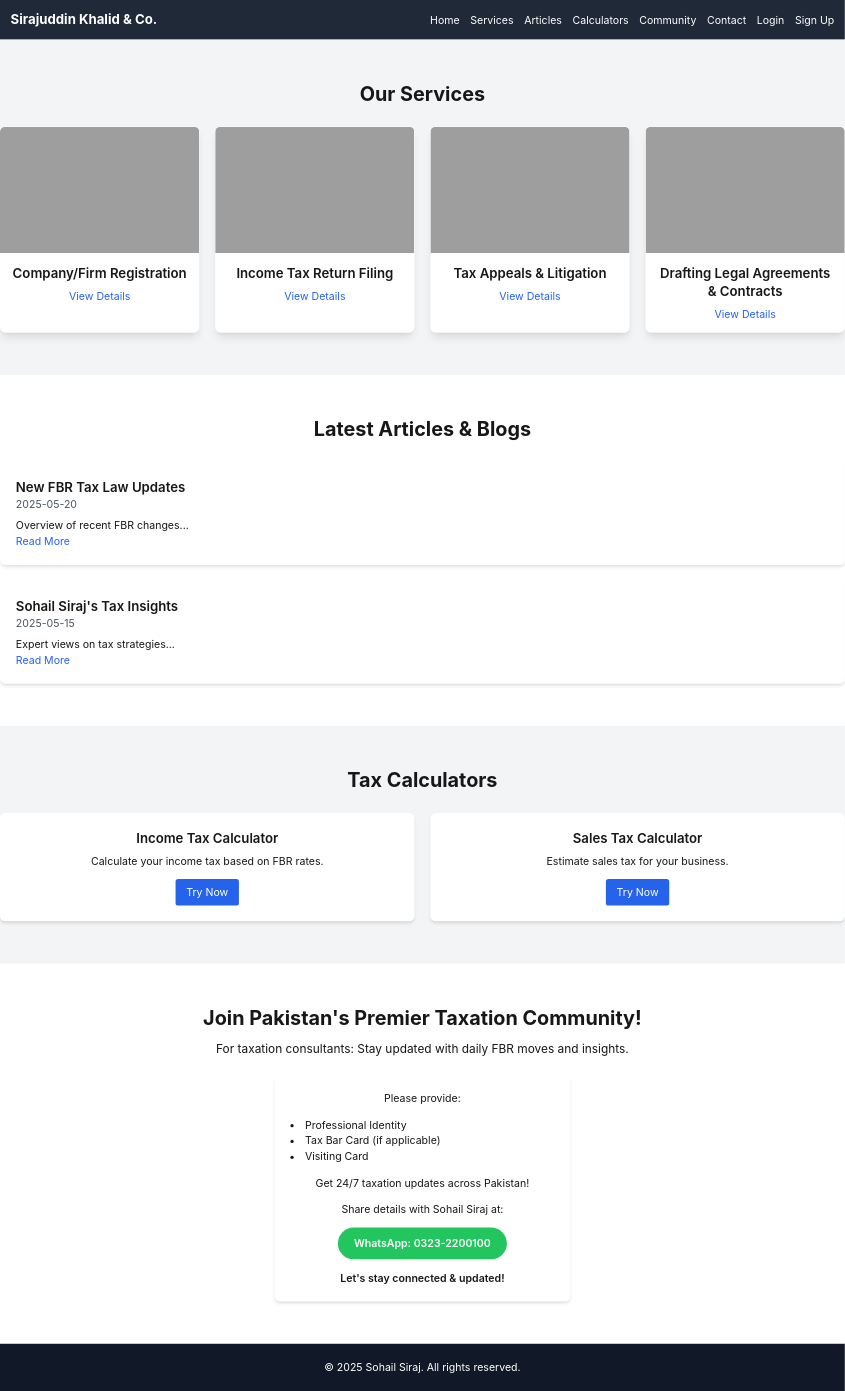
Repository: asadhaye/ss-tax
Page: /
An editor plug-in stored every save of this project. The page is shown before and after the next save, followed by the edit.
The browser window is 1280 px wide. The pictures show the whole page, at 66% of full size.
Pictures or frames that could not be fetched are drawn as grey boxes. The project was rebuilt for these pictures with package versions that can differ from the ones it lists, and the page was loaded fresh each time. The framework's server and built-in components were replaced by stand-ins that run in the browser. Also part of the build but not shown: next.config.mjs.

Above is the page before, as saved 2025-05-25 18:23:35.

### app/layout.tsx
import type { Metadata } from 'next';
import './globals.css';
import { Providers } from './providers'


export const metadata: Metadata = {
  title: 'Sohail Siraj',
  description: 'Professional tax consultancy services by Sohail Siraj, offering expert financial advice and solutions.',
};

export default function RootLayout({ children }: Readonly<{ children: React.ReactNode }>) {
  return (
    <html lang="en">
      <body>
        <Providers>
          {children}
        </Providers>
      </body>
    </html>
  )
}

### app/page.tsx
import Navbar from '../app/components/Navbar';
import Services from '../app/components/Services';
import Articles from '../app/components/Articles';
import TaxCalculators from '../app/components/TaxCalculators';
import JoinCommunity from '../app/components/JoinCommunity';
import Footer from '../app/components/Footer';
import AuthProvider from '../app/lib/AuthProvider';
export default function Home() {
  return (
    <AuthProvider>
      <Navbar />
      <main>
        <Services />
        <Articles />
        <TaxCalculators />
        <JoinCommunity />
      </main>
      <Footer />
    </AuthProvider>
  );
}

### app/globals.css
@tailwind base;
@tailwind components;
@tailwind utilities;

:root {
  --background: #ffffff;
  --foreground: #171717;
}

@media (prefers-color-scheme: dark) {
  :root {
    --background: #0a0a0a;
    --foreground: #ededed;
  }
}

body {
  background: var(--background);
  color: var(--foreground);
  font-family: -apple-system, BlinkMacSystemFont, 'Segoe UI', Roboto, sans-serif;
}

### app/providers.tsx
'use client';

import AuthProvider from './lib/AuthProvider';

export function Providers({ children }: Readonly<{ children: React.ReactNode }>) {
  return <AuthProvider>{children}</AuthProvider>;
}

### app/components/Navbar.tsx
'use client';

import React, { useContext } from 'react';
import Link from 'next/link';
import { useRouter } from 'next/navigation';
import { AuthContext, signOut } from '../lib/AuthProvider'

const navigation = [
  { name: 'Home', href: '#home' },
  { name: 'Services', href: '#services' },
  { name: 'Articles', href: '#articles' },
  { name: 'Calculators', href: '#calculators' },
  { name: 'Community', href: '#community' },
  { name: 'Contact', href: '#contact' }
];

export default function Navbar() {
  const { user, setUser } = useContext(AuthContext)!;
  const router = useRouter();

  const handleLogout = async () => {
    await signOut();
    setUser(null);
    router.push('/login');
  };

  return (
    <nav className="bg-gray-800 text-white p-4">
      <div className="container mx-auto flex justify-between items-center">
        <h1 className="text-xl font-bold">Sirajuddin Khalid & Co.</h1>
        <div className="space-x-4">
          {navigation.map((item) => (
            <Link
              key={item.name}
              href={item.href}
              className="hover:text-gray-300 transition-colors duration-200"
            >
              {item.name}
            </Link>
          ))}
          {user ? (
            <>
              <Link href="/admin" className="hover:text-gray-300">
                Admin
              </Link>
              <button onClick={handleLogout} className="hover:text-gray-300">
                Logout
              </button>
            </>
          ) : (
            <>
              <Link href="/login" className="hover:text-gray-300">
                Login
              </Link>
              <Link href="/signup" className="hover:text-gray-300">
                Sign Up
              </Link>
            </>
          )}
        </div>
      </div>
    </nav>
  );
}

### app/components/Services.tsx
'use client';

import { useState, useEffect } from 'react';
import { getServices, Service } from '../lib/data';

export default function Services() {
  const [services, setServices] = useState<Service[]>([]);
  const [loading, setLoading] = useState(true);
  const [error, setError] = useState<string | null>(null);

  useEffect(() => {
    async function fetchServices() {
      try {
        const data = await getServices();
        setServices(data);
        setLoading(false);
      } catch (err) {
        const errorMessage = err instanceof Error ? err.message : 'Failed to load services';
        setError(errorMessage);
        setLoading(false);
        console.error('Error loading services:', err);
      }
    }

    fetchServices();
  }, []);

  if (loading) return <div>Loading services...</div>;
  if (error) return <div>Error: {error}</div>;

  return (
    <section id="services" className="py-16 bg-gray-100">
      <div className="container mx-auto text-center">
        <h2 className="text-3xl font-bold mb-8">Our Services</h2>
        <div className="grid grid-cols-1 sm:grid-cols-2 lg:grid-cols-4 gap-6">
          {services.map((service) => (
            <div key={service.id} className="bg-white shadow-lg rounded-lg overflow-hidden">
              <img
                src={service.img}
                alt={service.name}
                className="w-full h-48 object-cover"
                loading="lazy"
              />
              <div className="p-4">
                <h3 className="text-xl font-semibold mb-2">{service.name}</h3>
                <a href={service.link} className="text-blue-600 hover:underline">
                  View Details
                </a>
              </div>
            </div>
          ))}
        </div>
      </div>
    </section>
  );
}

### app/components/Articles.tsx
'use client';

import { useState } from 'react';
import { Article } from '../lib/types';

export default function Articles() {
  const [articles] = useState<Article[]>([
    {
      id: 1,
      title: "New FBR Tax Law Updates",
      content: "Overview of recent FBR changes...",
      date: "2025-05-20"
    },
    {
      id: 2,
      title: "Sohail Siraj's Tax Insights",
      content: "Expert views on tax strategies...",
      date: "2025-05-15"
    }
  ]);

  return (
    <section id="articles" className="py-16">
      <div className="container mx-auto">
        <h2 className="text-3xl font-bold text-center mb-8">Latest Articles & Blogs</h2>
        <div className="space-y-6">
          {articles.map(article => (
            <div key={article.id} className="bg-white p-6 rounded-lg shadow-md">
              <h3 className="text-xl font-semibold">{article.title}</h3>
              <p className="text-gray-600">{article.date}</p>
              <p className="mt-2">{article.content}</p>
              <a href="#articles" className="text-blue-600 hover:underline">Read More</a>
            </div>
          ))}
        </div>
      </div>
    </section>
  );
}

### app/components/TaxCalculators.tsx
'use client';

export default function TaxCalculators() {
  const calculators = [
    {
      id: '1',
      title: 'Income Tax Calculator',
      description: 'Calculate your income tax based on FBR rates.',
      buttonText: 'Try Now'
    },
    {
      id: '2',
      title: 'Sales Tax Calculator',
      description: 'Estimate sales tax for your business.',
      buttonText: 'Try Now'
    }
  ];

  return (
    <section id="calculators" className="py-16 bg-gray-100">
      <div className="container mx-auto text-center">
        <h2 className="text-3xl font-bold mb-8">Tax Calculators</h2>
        <div className="grid grid-cols-1 sm:grid-cols-2 gap-6">
          {calculators.map(calc => (
            <div key={calc.id} className="bg-white p-6 rounded-lg shadow-md">
              <h3 className="text-xl font-semibold mb-2">{calc.title}</h3>
              <p>{calc.description}</p>
              <button className="mt-4 bg-blue-600 text-white px-4 py-2 rounded hover:bg-blue-700">
                {calc.buttonText}
              </button>
            </div>
          ))}
        </div>
      </div>
    </section>
  );
}

### app/components/JoinCommunity.tsx
'use client';

import React from 'react';

export default function JoinCommunity() {

  return (
    <section id="community" className="py-16">
      <div className="container mx-auto text-center">
        <h2 className="text-3xl font-bold mb-4">Join Pakistan's Premier Taxation Community!</h2>
        <p className="text-lg mb-6">For taxation consultants: Stay updated with daily FBR moves and insights.</p>
        <div className="bg-white p-6 rounded-lg shadow-md max-w-md mx-auto">
          <p className="mb-4">Please provide:</p>
          <ul className="text-left list-disc list-inside mb-4">
            <li>Professional Identity</li>
            <li>Tax Bar Card (if applicable)</li>
            <li>Visiting Card</li>
          </ul>
          <p className="mb-4">Get 24/7 taxation updates across Pakistan!</p>
          <p className="mb-4">Share details with Sohail Siraj at:</p>
          <a
            href="https://wa.me/923232200100"
            className="bg-green-500 text-white px-6 py-3 rounded-full font-semibold hover:bg-green-600 inline-block"
          >
            WhatsApp: 0323-2200100
          </a>
          <p className="mt-4 font-semibold">Let's stay connected & updated!</p>
        </div>
      </div>
    </section>
  );
}

### app/components/Footer.tsx
import React from 'react';

export default function Footer() {
  return (
    <footer className="footer bg-gray-900 text-white p-6">
      <div className="container mx-auto text-center">
        <p>© {new Date().getFullYear()} Sohail Siraj. All rights reserved.</p>
      </div>
    </footer>
  );
}

### app/lib/AuthProvider.tsx
'use client';

import React, { useState, useEffect, createContext, useContext, useMemo } from 'react';
import { User } from './types';

interface AuthContextProps {
  user: User | null;
  setUser: React.Dispatch<React.SetStateAction<User | null>>;
}

const AuthContext = createContext<AuthContextProps | undefined>(undefined);

export const useAuth = () => {
  const context = useContext(AuthContext);
  if (!context) {
    throw new Error('useAuth must be used within an AuthProvider');
  }
  return context;
};

export async function signIn(email: string, password: string): Promise<{
  userId: string;
  email?: string;
  name?: string;
}> {
  // Placeholder: Implement Azure AD B2C or similar authentication
  throw new Error('Authentication not implemented');
}

export async function signUp(email: string, password: string): Promise<User> {
  // Placeholder: Implement Azure AD B2C or similar registration
  throw new Error('Registration not implemented');
}

export async function signOut(): Promise<void> {
  // Placeholder: Implement Azure AD B2C or similar sign-out
  throw new Error('Sign-out not implemented');
}

const AuthProvider: React.FC<{ children: React.ReactNode }> = ({ children }) => {
  const [user, setUser] = useState<User | null>(null);

  useEffect(() => {
    // Placeholder: Implement Azure AD B2C state change listener
    const unsubscribe = () => {};
    return unsubscribe;
  }, []);

  const value = useMemo(() => ({ user, setUser }), [user]);

  return (
    <AuthContext.Provider value={value}>
      {children}
    </AuthContext.Provider>
  );
};

export default AuthProvider;
export { AuthContext };

### app/lib/data.ts
import { User, Service } from './interfaces';

export async function saveUser(userId: string, data: { email: string; createdAt: Date }): Promise<void> {
  // Placeholder: Implement Azure Cosmos DB or similar storage
  throw new Error('User storage not implemented');
}

export async function getUsers(): Promise<User[]> {
  // Placeholder: Implement Azure Cosmos DB or similar retrieval
  throw new Error('User retrieval not implemented');
}

export async function deleteUser(userId: string): Promise<void> {
  // Placeholder: Implement Azure Cosmos DB or similar deletion
  throw new Error('User deletion not implemented');
}

export interface Service {
  id: string;
  name: string;
  img: string;
  link: string;
}


export async function getServices(): Promise<Service[]> {
  return [
    {
      id: '1',
      name: 'Company/Firm Registration',
      img: 'https://taxcalculator.pk/assets/images/services/1.webp',
      link: '#'
    },
    {
      id: '2',
      name: 'Income Tax Return Filing',
      img: 'https://taxcalculator.pk/assets/images/services/4.webp',
      link: '#'
    },
    {
      id: '3',
      name: 'Tax Appeals & Litigation',
      img: 'https://taxcalculator.pk/assets/images/services/3.webp',
      link: '#'
    },
    {
      id: '4',
      name: 'Drafting Legal Agreements & Contracts',
      img: 'https://taxcalculator.pk/assets/images/services/2.webp',
      link: '#'
    }
  ];
}

export async function saveCommunitySignup(email: string, timestamp: Date): Promise<void> {
  // Placeholder: Implement Azure Cosmos DB or similar storage
  throw new Error('Community signup storage not implemented');
}

### tailwind.config.ts
import type { Config } from 'tailwindcss'

const config: Config = {
  content: [
    './pages/**/*.{js,ts,jsx,tsx,mdx}',
    './components/**/*.{js,ts,jsx,tsx,mdx}',
    './app/**/*.{js,ts,jsx,tsx,mdx}',
  ],
  theme: {
    extend: {},
  },
  plugins: [],
}

export default config

### app/hooks/useScrollAnimation.ts
'use client';

import { useEffect } from 'react';

export function useScrollAnimation(className: string) {
  useEffect(() => {
    const observer = new IntersectionObserver(
      (entries) => {
        entries.forEach((entry) => {
          if (entry.isIntersecting) {
            entry.target.classList.add('visible');
          }
        });
      },
      {
        threshold: 0.1,
        rootMargin: '50px',
      }
    );

    const elements = document.querySelectorAll(className);
    elements.forEach((el) => observer.observe(el));

    return () => observer.disconnect();
  }, [className]);
}

### app/styles/animations.module.css
/* Base Animation Classes */
.fadeIn {
  opacity: 0;
  transform: translateY(20px);
  transition: opacity 0.6s ease-out, transform 0.6s ease-out;
}

.fadeIn.visible {
  opacity: 1;
  transform: translateY(0);
}

/* Stagger Effect */
.stagger {
  transition-delay: calc(var(--index) * 0.1s);
}

/* Slide Animations */
.slideInLeft {
  opacity: 0;
  transform: translateX(-50px);
  transition: opacity 0.6s ease-out, transform 0.6s ease-out;
}

.slideInRight {
  opacity: 0;
  transform: translateX(50px);
  transition: opacity 0.6s ease-out, transform 0.6s ease-out;
}

.slideInLeft.visible,
.slideInRight.visible {
  opacity: 1;
  transform: translateX(0);
}

/* Scale Animations */
.scaleIn {
  opacity: 0;
  transform: scale(0.9);
  transition: opacity 0.6s ease-out, transform 0.6s ease-out;
}

.scaleIn.visible {
  opacity: 1;
  transform: scale(1);
}

After the next save:
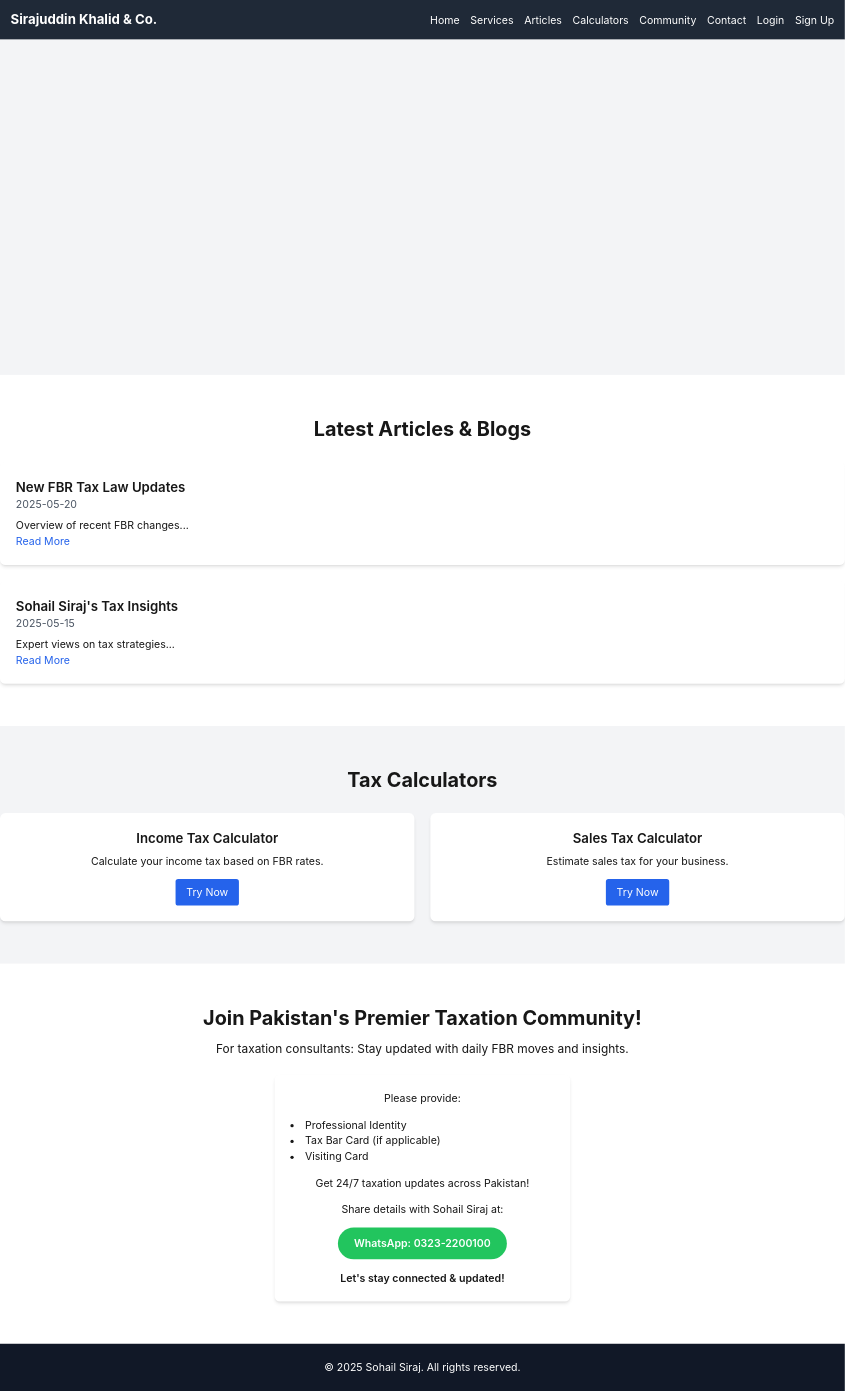
Saved 9 s later.
--- a/app/components/Services.tsx
+++ b/app/components/Services.tsx
@@ -2,6 +2,8 @@
 
 import { useState, useEffect } from 'react';
 import { getServices, Service } from '../lib/data';
+import { useScrollAnimation } from '../hooks/useScrollAnimation';
+import styles from '../styles/animations.module.css';
 
 export default function Services() {
   const [services, setServices] = useState<Service[]>([]);
@@ -25,16 +27,24 @@ export default function Services() {
     fetchServices();
   }, []);
 
+  useScrollAnimation(`.${styles.fadeIn}`);
+
   if (loading) return <div>Loading services...</div>;
   if (error) return <div>Error: {error}</div>;
 
   return (
     <section id="services" className="py-16 bg-gray-100">
       <div className="container mx-auto text-center">
-        <h2 className="text-3xl font-bold mb-8">Our Services</h2>
+        <h2 className={`text-3xl font-bold mb-8 ${styles.fadeIn}`}>
+          Our Services
+        </h2>
         <div className="grid grid-cols-1 sm:grid-cols-2 lg:grid-cols-4 gap-6">
-          {services.map((service) => (
-            <div key={service.id} className="bg-white shadow-lg rounded-lg overflow-hidden">
+          {services.map((service, index) => (
+            <div
+              key={service.id}
+              className={`bg-white shadow-lg rounded-lg overflow-hidden ${styles.fadeIn} ${styles.stagger}`}
+              style={{ '--index': index } as React.CSSProperties}
+            >
               <img
                 src={service.img}
                 alt={service.name}
